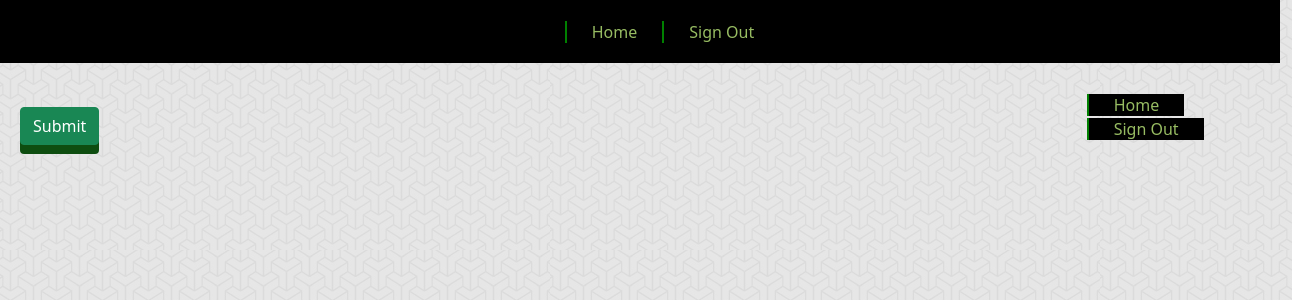
Repository: kavine24/CS490-Python-LMS
Page: html/portal/s/TakeQuiz.html
The author's editor kept a copy of each file at every save. The page is drawn from the files as they stood at one save, then again after the next save.
The browser window is 1280 px wide. The page is 1292 px wide, so the pictures cover 1292 px, including what lies to the right of the window. The pictures show the whole page.
The page's requests for data from a server got no answer.

Above is the page before, as saved 2022-04-20 18:38:25.

### html/portal/s/TakeQuiz.html
<!DOCTYPE html>
<html>
  <head>
    <title>Take Exam</title>
    <link rel="stylesheet" href="/style.css">

    <link href="https://cdn.jsdelivr.net/npm/bootstrap@5.1.3/dist/css/bootstrap.min.css" rel="stylesheet" integrity="sha384-1BmE4kWBq78iYhFldvKuhfTAU6auU8tT94WrHftjDbrCEXSU1oBoqyl2QvZ6jIW3" crossorigin="anonymous">
  </head>
  <body>
    <header class="mainHeader">
      <h1 id="header" class="header"></h1>
      <ul class="navLIST">
        <li><a href="http://cs490testcenter.ddns.net:50000/portal/s/Home.php">Home</a></li>
        <li><a href="http://cs490testcenter.ddns.net:50000">Sign Out</a></li>
      </ul>
      <br>
    </header>
    <div class="row">
      <div id="testForm" class="col-10">
        <form id="takeExamForm"onsubmit="submitForm()">
            <br>
            <input id="submit" type="submit" placeholder="Submit" class="btn btn-success submit"></input>
        </form>
      </div>
      <div id="legend" class="col-2 legend">
        <ul id="legendUL" class="nav flex-column">
          <li><a href="http://cs490testcenter.ddns.net:50000/portal/s/Home.php">Home</a></li>
          <li><a href="http://cs490testcenter.ddns.net:50000">Sign Out</a></li>
        </ul>
      </div>
    </div>
    <script>
      const inputs = [];

      const urlParams = new URLSearchParams(window.location.search);
      var requestType = 'GetExamFTM';
      const examID = urlParams.get('examID');

      const form = document.getElementById("takeExamForm");
      function handleForm(event) { event.preventDefault(); }
      form.addEventListener('submit', handleForm);

      function displayExams(){
        const data = {examID, requestType};

        const options = {
          method:'POST',
          headers: {
              "Content-type": "application/json; charset=UTF-8"
          },
          body: JSON.stringify(data)
        };

        fetch('http://cs490testcenter.ddns.net:50000/portal/frontBrowser.php', options)
        .then(response => {
          return response.json();
        })
        .then(data => {
          console.log(data);
          const header = document.getElementById("header");
          header.appendChild(document.createTextNode(data[0].examName));

          header.appendChild(document.createTextNode(" Total Points: " + data[0].totalPoints));
          header.appendChild(document.createElement("br"));
          header.setAttribute("class", "header");

          for(let i = 1; i < data.length; i++){
            const div = document.createElement("div");

            const question = document.createElement("label");
            question.setAttribute("class", "container");
            question.appendChild(document.createTextNode("Question " + i));
            question.appendChild(document.createElement("br"));

            question.appendChild(document.createTextNode("Points: " + data[i].points));
            question.appendChild(document.createElement("br"));

            question.appendChild(document.createTextNode("Type: " + data[i].type));
            question.appendChild(document.createElement("br"));

            question.appendChild(document.createTextNode("Difficulty: " + data[i].difficulty));
            question.appendChild(document.createElement("br"));

            question.appendChild(document.createTextNode("Question: " + data[i].question));
            question.appendChild(document.createElement("br"));

            input = document.createElement("textarea")
            input.setAttribute("rows", "15");
            input.setAttribute("cols", "95");
            input.setAttribute("required", true);
            input.addEventListener('keydown', function(e) {
              if (e.key == 'Tab') {
                e.preventDefault();
                var start = this.selectionStart;
                var end = this.selectionEnd;
                this.value = this.value.substring(0, start) +
                "\t" + this.value.substring(end);
                this.selectionStart = this.selectionEnd = start + 1;
              }
            });

            question.appendChild(document.createElement("br"));
            question.appendChild(input);

            div.appendChild(question);

            const questionandID = {
              questionID: data[i].questionID,
              question: question
            };
            inputs.push(questionandID);

            //+++++++++++++++++++++++++++++++++++++++++++++++++++
            const legend = document.getElementById("legendUL");
            const legendEntry = document.createElement("li");
            legendEntry.setAttribute("class", "nav-item");

            const link = document.createElement("a");
            link.setAttribute("class", "nav-link");
            link.setAttribute("href", "#");
            link.setAttribute("onclick", "swapQuestion("+(i-1)+")");

            legendEntry.appendChild(link);
            legend.appendChild(legendEntry);
          }
        })
        .catch((error) => {
          console.error('Error:', error);
        });

      };
      function swapQuestion(qNum){
        // document.getElementById("takeExamForm").insertBefore(div, document.getElementById("submit"));
        // document.getElementById("takeExamForm").insertBefore(document.createElement("br"), document.getElementById("submit"));
        // document.getElementById("takeExamForm").insertBefore(document.createElement("br"), document.getElementById("submit"));
      }
      function submitForm(){
        const inputsFormatted = [];
        for(let i = 0; i<inputs.length; i++){
          inputFormatted = {
            questionID: inputs[i].questionID,
            answer: inputs[i].question.lastElementChild.value
          }
          inputsFormatted.push(inputFormatted);
        }

        requestType = "SubmitExamFTM"
        const data = {examID, inputsFormatted, requestType};

        const options = {
          method:'POST',
          headers: {
              "Content-type": "application/json; charset=UTF-8"
          },
          body: JSON.stringify(data)
        };

        fetch('http://cs490testcenter.ddns.net:50000/portal/frontBrowser.php', options)
        .then(response => {
          return response.json();
        })
        .then(data => {
          if(data.didWork == 1){
            location.assign('http://cs490testcenter.ddns.net:50000/portal/s/Home.php');
          }
        })
        .catch((error) => {
          console.error('Error:', error);
        });
      }
      displayExams();
    </script>

  </body>
</html>

### html/style.css
body {
  background-image: url(portal/pictures/background.jpg);
}

.header {
  color: #97BC62FF;
  background-color: black;
  padding: 14px 16px;
  margin-top: 0px;
}

.submit, .userSubmit, .examTakeButtons, .examReviewButtons {
  padding: 10px 10px;
  margin: 0px 0px 15px 0px;
  font-size: 20px;
  cursor: pointer;
  text-decoration: none;
  outline: none;
  color: #fff;
  background-color: #4CAF50;
  border: none;
  border-radius: 12px;
  box-shadow: 0 9px #0e4d10;
}

.submit:hover, .userSubmit:hover {
  background-color: #215f23;
  box-shadow: 0 9px #1f9923;
}

.submit:active, .userSubmit:active {
  box-shadow: 0 5px #1C7F20;
  transform: translateY(4px)
}

.panel-heading, .panel-title {
  border-color: #4CAF50 !important;
  background-color: #0e4d10 !important;
}

/* .panel-title th {
  border-color: #1f9923;
  background-color: #1C7F20;
} */

.btn-primary {
  background-color: #0e4d10 !important;
  border-color: #4CAF50 !important;
}

.btn-success {
  background-color: #198754 !important;
  border-color: #198754 !important;
}

#submit {
  margin: 20px 20px;
}

#goBackHome {
  margin: 20px 15px;
}

.filterable {
  margin-top: 15px;
}

.filterable .panel-heading .pull-right {
  margin-top: -20px;
}

.filterable .filters input[disabled] {
  background-color: transparent;
  border: none;
  cursor: auto;
  box-shadow: none;
  padding: 0;
  height: auto;
}
.filterable .filters input[disabled]::-webkit-input-placeholder {
  color: #333;
}
.filterable .filters input[disabled]::-moz-placeholder {
  color: #333;
}
.filterable .filters input[disabled]:-ms-input-placeholder {
  color: #333;
}

.container {
  background-color: #a2a2a2;
  background-image: url(portal/pictures/divimage.jpg);
  padding: 14px 16px;
}

.mainHeader {
  background-color: black;
  max-height: 70px;
  display: flex;
  flex-direction: row;
  align-items: center;
  flex-shrink: 0;
  justify-content: center;
  top: 0;
  width: 100%;
  border-bottom: solid 3px black;
}

.navLIST {
  margin-top: 20px;
  display: flex;
}

.navLIST li {
  display: inline-block;
  margin-left: 0;
  color: #97BC62FF;
}

.navLIST li a {
  background-color: black;
  text-decoration: none;
  border-left: 2px solid green;
  color: #97BC62FF;
  padding: 0px 25px;
}

.navLIST li a:hover {
  background-color: black;
  color: #00ff08;
  text-decoration: underline;
}

.legend {
  margin: 30px 0px 0px !important;
}

.legend li a {
  background-color: black;
  text-decoration: none;
  border-left: 2px solid green;
  color: #97BC62FF;
  padding: 0px 25px;
}

.legend li a:hover {
  background-color: black;
  color: #00ff08;
  text-decoration: underline;
}

/* body {
  background-image: url(portal/pictures/background.jpg);
  text-align: center;
  margin: auto;
}

#indexLog, h1 {
  color: #97BC62FF;
  margin: 0;
  overflow: hidden;
  background-color: black;
  padding: 14px 16px;
  text-align: center;
}

.forms {
  text-align: center;
  display: inline-block;
  overflow-wrap: break-word;
}

.credentialStyle {
  color: #97BC62FF;
  margin: 0;
  padding: 0px 0px 20px;
  font-size: 20px;
  text-shadow: .5px .5px 0 #000;
}

.submit, .userSubmit, .examTakeButtons, .examReviewButtons {
  display: inline-block;
  padding: 15px 25px;
  font-size: 24px;
  cursor: pointer;
  text-align: center;
  text-decoration: none;
  outline: none;
  color: #fff;
  background-color: #4CAF50;
  border: none;
  border-radius: 12px;
  box-shadow: 0 9px #1C7F20;
  margin: 10px 0px;
}

.submit:hover, .userSubmit:hover {
  background-color: #3e8e41;
  box-shadow: 0 9px #1C7F20;
}

.submit:active, .userSubmit:active {
  box-shadow: 0 5px #1C7F20;
  transform: translateY(4px)
}

#createQuestionForm {
  padding: 10px;
  text-align: center;
}

div {
  border-radius: 5px;
  background-color: #a2a2a2;
  background-image: url(portal/pictures/divimage.jpg);
  padding: 20px;
  text-align: center;
  display: inline-block;
  max-width: 750px;
}

.centered {
  position: absolute;
  top: 50%;
  left: 50%;
  transform: translate(-50%, -50%);
  text-align: center;
  display: inline-block;
}

.centeredsearch {
  position: absolute;
  top: 15%;
  left: 50%;
  transform: translate(-50%, -50%);
  text-align: center;
  display: inline-block;
}

.left {
  left: 0;
  display: inline-block;
}


.right {
  right: 0;
  display: inline-block;
}

.split {
  height: 100%;
  width: 50%;
  position: absolute;
}
table , th, td{
  border: 1px solid;
  width: 100%;
} */

After the next save:
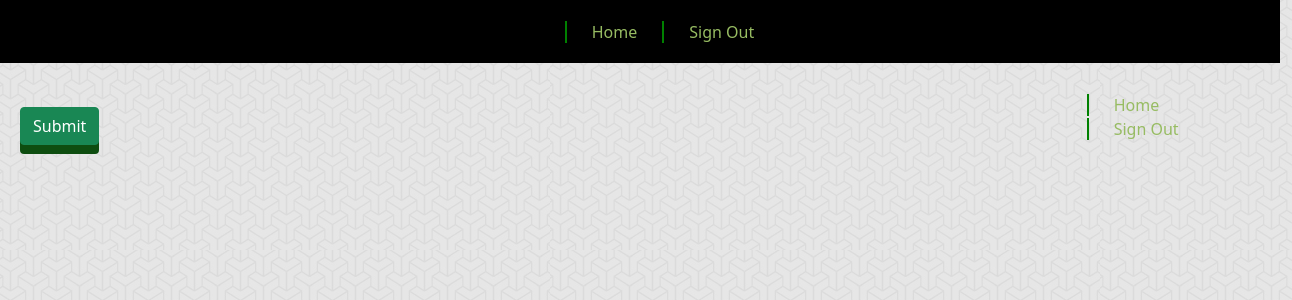
Saved 9 s later.
--- a/html/style.css
+++ b/html/style.css
@@ -136,7 +136,6 @@ body {
 }
 
 .legend li a {
-  background-color: black;
   text-decoration: none;
   border-left: 2px solid green;
   color: #97BC62FF;
